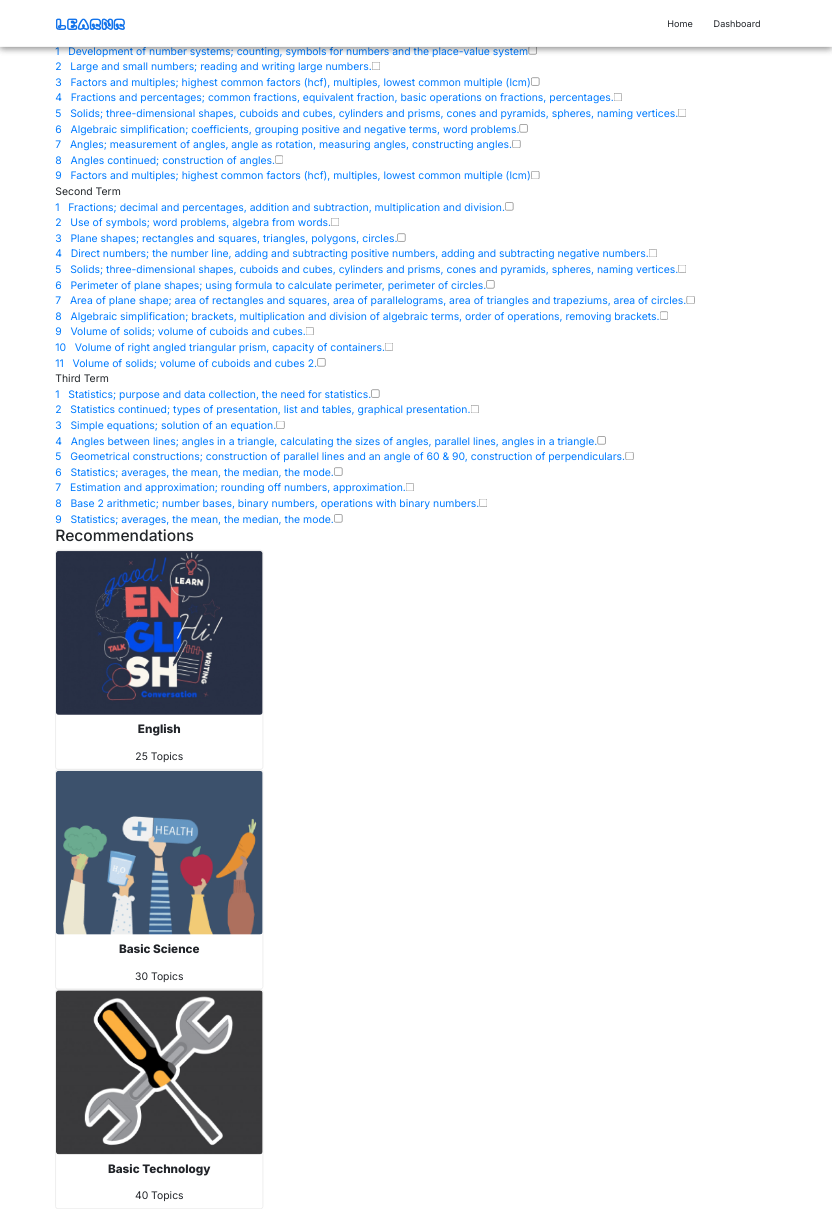
Repository: LearnrApp/Learnr-web-app-FE
Page: /topics/mathematics/js1
An editor plug-in stored every save of this project. The page is shown before and after the next save, followed by the edit.
The browser window is 1280 px wide. The pictures show the whole page, at 65% of full size.
The project was rebuilt for these pictures with package versions that can differ from the ones it lists, and the page was loaded fresh each time. Also part of the build but not shown: src/components/Footer.js, src/components/Header/Button.js, src/components/Header/Background.js, src/components/classSelect/WelcomeJs1.js, src/components/classSelect/WelcomeJs2.js, src/components/classSelect/WelcomeJs3.js, src/components/classSelect/WelcomeSs1.js, src/components/classSelect/WelcomeSs2.js and 41 more.

Above is the page before, as saved 2020-08-13 10:51:58.

### public/index.html
<!DOCTYPE html>
<html lang="en">
  <head>
    <meta charset="utf-8" />
    <link rel="icon" href="%PUBLIC_URL%/favicon.svg" />
    <meta name="viewport" content="width=device-width, initial-scale=1" />
    <!-- <meta name="theme-color" content="#000000" /> -->
    <!-- <meta
      name="description"
      content="Web site created using create-react-app"
    /> -->
    <!-- <link rel="apple-touch-icon" href="%PUBLIC_URL%/logo192.png" /> -->
    <link href="https://fonts.googleapis.com/css2?family=Inter:wght@400;500;600;700;800&display=swap" rel="stylesheet">
    <!--
      manifest.json provides metadata used when your web app is installed on a
      user's mobile device or desktop. See https://developers.google.com/web/fundamentals/web-app-manifest/
    -->
    <link rel="manifest" href="%PUBLIC_URL%/manifest.json" />
    <!--
      Notice the use of %PUBLIC_URL% in the tags above.
      It will be replaced with the URL of the `public` folder during the build.
      Only files inside the `public` folder can be referenced from the HTML.

      Unlike "/favicon.ico" or "favicon.ico", "%PUBLIC_URL%/favicon.ico" will
      work correctly both with client-side routing and a non-root public URL.
      Learn how to configure a non-root public URL by running `npm run build`.
    -->
    <!-- <title>React App</title> -->
  </head>
  <body>
    <noscript>You need to enable JavaScript to run this app.</noscript>
    <div id="root"></div>
    <!--
      This HTML file is a template.
      If you open it directly in the browser, you will see an empty page.

      You can add webfonts, meta tags, or analytics to this file.
      The build step will place the bundled scripts into the <body> tag.

      To begin the development, run `npm start` or `yarn start`.
      To create a production bundle, use `npm run build` or `yarn build`.
    -->
  </body>
</html>

### src/pages/topics/Js1Topics/MathematicsJs1.js
import React from 'react'
import NavBar from '../../../components/navbar/NavBar'
import NavBarUser from '../../../components/navbar/NavBarUser'
import Helmet from "react-helmet";
import {Link} from "react-router-dom";
// import '../../../styles/Topics.scss'
import SubjectCard from "../../../components/SubjectCard";
import English from "../../../images/english.png";
import BasicScience from "../../../images/basic-sci.png";
import BasicTech from "../../../images/basic-tech.png";


const MathematicsJs1 = () => {

  const documentTitle = 'Learnr | Mathematics for Js1'

  const subjectListJS1 = [
    <SubjectCard
      image={English}
      // goToSubject={toSubjectEng}
      subject={'English'}
      topicSize={'25 Topics'}
    />,
    <SubjectCard
      image={BasicScience}
      // goToSubject={toSubjectBasSci}
      subject={'Basic Science'}
      topicSize={'30 Topics'}
    />,
    <SubjectCard
      image={BasicTech}
      // goToSubject={toSubjectBasTech}
      subject={'Basic Technology'}
      topicSize={'40 Topics'}
    />,
  ]

  return (
    <React.Fragment>
      <Helmet>
        <title>{documentTitle}</title>
        <meta
          name="description"
          content="Topics relating to Mathematics for Js1 students"
        />
      </Helmet>
      <div>
        <NavBar />
        <NavBarUser />
      </div>
      <div className="container">
        <div className="topics-wrap">
          <h3 className="topic-subject">Mathematics - 29 Topics</h3>
          <div className="topics-list-wrap">
            <span className="topics-term">First Term</span>
            <div className="topics-list">
              <div className="topics-item">
                <Link className="topic-link" to="/articles/mathematics/js1">1 &nbsp; Development of number systems; counting, symbols for numbers and the place-value system</Link>
                <input type="checkbox" className=""/>
              </div>
              <div className="topics-item">
                <Link className="topic-link" to="">2 &nbsp; Large and small numbers; reading and writing large numbers.</Link>
                <input type="checkbox" className=""/>
              </div>
              <div className="topics-item">
                <Link onClick={e => e.preventDefault()} className="topic-link" to="/">3 &nbsp; Factors and multiples; highest common factors (hcf), multiples, lowest common multiple (lcm)</Link>
                <input type="checkbox" className=""/>
              </div>
              <div className="topics-item">
                <Link onClick={e => e.preventDefault()} className="topic-link" to="/">4 &nbsp; Fractions and percentages; common fractions, equivalent fraction, basic operations on fractions, percentages.</Link>
                <input type="checkbox" className=""/>
              </div>
              <div className="topics-item">
                <Link onClick={e => e.preventDefault()} className="topic-link" to="/">5 &nbsp; Solids; three-dimensional shapes, cuboids and cubes, cylinders and prisms, cones and pyramids, spheres, naming vertices.</Link>
                <input type="checkbox" className=""/>
              </div>
              <div className="topics-item">
                <Link onClick={e => e.preventDefault()} className="topic-link" to="/">6 &nbsp; Algebraic simplification; coefficients, grouping positive and negative terms, word problems.</Link>
                <input type="checkbox" className=""/>
              </div>
              <div className="topics-item">
                <Link onClick={e => e.preventDefault()} className="topic-link" to="/">7 &nbsp; Angles; measurement of angles, angle as rotation, measuring angles, constructing angles.</Link>
                <input type="checkbox" className=""/>
              </div>
              <div className="topics-item">
                <Link onClick={e => e.preventDefault()} className="topic-link" to="/">8 &nbsp; Angles continued; construction of angles.</Link>
                <input type="checkbox" className=""/>
              </div>
              <div className="topics-item">
                <Link onClick={e => e.preventDefault()} className="topic-link" to="/">9 &nbsp; Factors and multiples; highest common factors (hcf), multiples, lowest common multiple (lcm)</Link>
                <input type="checkbox" className=""/>
              </div>
            </div>
          </div>

          <div className="topics-list-wrap">
            <span className="topics-term">Second Term</span>
            <div className="topics-list">
              <div className="topics-item">
                <Link className="topic-link" to="">1 &nbsp; Fractions; decimal and percentages, addition and subtraction, multiplication and division.</Link>
                <input type="checkbox" className=""/>
              </div>
              <div className="topics-item">
                <Link className="topic-link" to="">2 &nbsp; Use of symbols; word problems, algebra from words.</Link>
                <input type="checkbox" className=""/>
              </div>
              <div className="topics-item">
                <Link onClick={e => e.preventDefault()} className="topic-link" to="/">3 &nbsp; Plane shapes; rectangles and squares, triangles, polygons, circles.</Link>
                <input type="checkbox" className=""/>
              </div>
              <div className="topics-item">
                <Link onClick={e => e.preventDefault()} className="topic-link" to="/">4 &nbsp; Direct numbers; the number line, adding and subtracting positive numbers, adding and subtracting negative numbers.</Link>
                <input type="checkbox" className=""/>
              </div>
              <div className="topics-item">
                <Link onClick={e => e.preventDefault()} className="topic-link" to="/">5 &nbsp; Solids; three-dimensional shapes, cuboids and cubes, cylinders and prisms, cones and pyramids, spheres, naming vertices.</Link>
                <input type="checkbox" className=""/>
              </div>
              <div className="topics-item">
                <Link onClick={e => e.preventDefault()} className="topic-link" to="/">6 &nbsp; Perimeter of plane shapes; using formula to calculate perimeter, perimeter of circles.</Link>
                <input type="checkbox" className=""/>
              </div>
              <div className="topics-item">
                <Link onClick={e => e.preventDefault()} className="topic-link" to="/">7 &nbsp; Area of plane shape; area of rectangles and squares, area of parallelograms, area of triangles and trapeziums, area of circles.</Link>
                <input type="checkbox" className=""/>
              </div>
              <div className="topics-item">
                <Link onClick={e => e.preventDefault()} className="topic-link" to="/">8 &nbsp; Algebraic simplification; brackets, multiplication and division of algebraic terms, order of operations, removing brackets.</Link>
                <input type="checkbox" className=""/>
              </div>
              <div className="topics-item">
                <Link onClick={e => e.preventDefault()} className="topic-link" to="/">9 &nbsp; Volume of solids; volume of cuboids and cubes.</Link>
                <input type="checkbox" className=""/>
              </div>
              <div className="topics-item">
                <Link onClick={e => e.preventDefault()} className="topic-link" to="/">10 &nbsp; Volume of right angled triangular prism, capacity of containers.</Link>
                <input type="checkbox" className=""/>
              </div>
              <div className="topics-item">
                <Link onClick={e => e.preventDefault()} className="topic-link" to="/">11 &nbsp; Volume of solids; volume of cuboids and cubes 2.</Link>
                <input type="checkbox" className=""/>
              </div>
            </div>
          </div>

          <div className="topics-list-wrap">
            <span className="topics-term">Third Term</span>
            <div className="topics-list">
              <div className="topics-item">
                <Link className="topic-link" to="">1 &nbsp; Statistics; purpose and data collection, the need for statistics.</Link>
                <input type="checkbox" className=""/>
              </div>
              <div className="topics-item">
                <Link className="topic-link" to="">2 &nbsp; Statistics continued; types of presentation, list and tables, graphical presentation.</Link>
                <input type="checkbox" className=""/>
              </div>
              <div className="topics-item">
                <Link onClick={e => e.preventDefault()} className="topic-link" to="/">3 &nbsp; Simple equations; solution of an equation.</Link>
                <input type="checkbox" className=""/>
              </div>
              <div className="topics-item">
                <Link onClick={e => e.preventDefault()} className="topic-link" to="/">4 &nbsp; Angles between lines; angles in a triangle, calculating the sizes of angles, parallel lines, angles in a triangle.</Link>
                <input type="checkbox" className=""/>
              </div>
              <div className="topics-item">
                <Link onClick={e => e.preventDefault()} className="topic-link" to="/">5 &nbsp; Geometrical constructions; construction of parallel lines and an angle of 60 & 90, construction of perpendiculars.</Link>
                <input type="checkbox" className=""/>
              </div>
              <div className="topics-item">
                <Link onClick={e => e.preventDefault()} className="topic-link" to="/">6 &nbsp; Statistics; averages, the mean, the median, the mode.</Link>
                <input type="checkbox" className=""/>
              </div>
              <div className="topics-item">
                <Link onClick={e => e.preventDefault()} className="topic-link" to="/">7 &nbsp; Estimation and approximation; rounding off numbers, approximation.</Link>
                <input type="checkbox" className=""/>
              </div>
              <div className="topics-item">
                <Link onClick={e => e.preventDefault()} className="topic-link" to="/">8 &nbsp; Base 2 arithmetic; number bases, binary numbers, operations with binary numbers.</Link>
                <input type="checkbox" className=""/>
              </div>
              <div className="topics-item">
                <Link onClick={e => e.preventDefault()} className="topic-link" to="/">9 &nbsp; Statistics; averages, the mean, the median, the mode.</Link>
                <input type="checkbox" className=""/>
              </div>
            </div>
          </div>
        </div>

        <React.Fragment>
          <h4 className="topic-subject">Recommendations</h4>
          <div className="recommended-wrap">
            {subjectListJS1.map((subject, index) => (
              <div className="subject-card d-flex flex-column align-items-center" key={index}>{subject}</div>
            ))}
          </div>
        </React.Fragment>
      </div>
    </React.Fragment>
  )
}

export default MathematicsJs1

### src/styles/Sign.css
* {
  font-family: 'Inter', sans-serif;
}
@import url('https://fonts.googleapis.com/css2?family=Inter:wght@400;500;600;700;800&display=swap');

.demo-category {
  font-weight: 700 !important;
  color: #212429;
  font-size: 24px;
}
.sign-bg {
  background-image: url(../images/sign-bg.png);
  background-repeat: no-repeat;
  background-size: cover;
  padding-top: 70px;
  padding-bottom: 30px;
  height: max-content;
}
.sign-bg-2 {
  background-image: url(../images/sign-bg.png);
  background-repeat: no-repeat;
  background-size: cover;
  padding-top: 70px;
  height: max-content;
}
.admin-bg {
  background-image: linear-gradient(rgba(0, 0, 0, 0.5), rgba(0, 0, 0, 0.5)), url(../images/admin-bg.jpg);
  background-repeat: no-repeat;
  background-size: cover;
  margin-top: 70px;
  height: 100vh;
}
.signup-form--wrap {
  width: 40vw;
  max-width: 576px;
}
.signup-form {
  padding: 42px;
  animation-name: slide-down;
  animation-duration: 1.5s;
  transition-timing-function: ease-out;
}
@keyframes slide-down {
  from{transform: translateY(-1200px);}
  to{transform: translateY(0);}
}
.hLine {
  display: inline-block;
  height: 2px;
  width: 11vw;
  max-width: 180px;
  background-color: #E5E5E5;
}
.track-text {
  font-size: 18px;
  font-weight: 800 !important;
  text-align: center;
}
.togglePassword {
  position: relative;
  left: 92%;
  top: -33px;
  cursor: pointer;
}
.general-btn-2 {
  box-sizing: border-box !important;
  background-color: #2342C0 !important;
  color: #fff;
  border-radius: 4px !important;
  width: 100%;
  border: none !important;
}
.general-btn-2:hover {
  color: #2342C0 !important;
  background-color: #fff !important;
  border: 1px solid #2342C0 !important;
  font-weight: 500 !important;
}
::placeholder {
  color: #000 !important;
  opacity: 0.5 !important;
}
@media (max-width: 991px) {
  .signup-form--wrap {
    width: 50vw;
  }
  .hLine {
    width: 14vw;
  }
}
@media (max-width: 768px) {
  .signup-form--wrap {
    width: 65vw;
  }
  .hLine {
    width: 18vw;
  }
}
@media (max-width: 576px) {
  .signup-form--wrap {
    width: 80vw;
  }
  .hLine {
    width: 23vw;
  }
}
@media (max-width: 480px) {
  .signup-form--wrap {
    width: 90vw;
  }
  .signup-form {
    padding: 20px !important;
  }
  .hLine {
    width: 28vw;
  }
}

### src/styles/UserDashboard.css
* {
  font-family: 'Inter', sans-serif;
}
@import url('https://fonts.googleapis.com/css2?family=Inter:wght@400;500;600;700;800&display=swap');

.dash-wrap {
  margin-top: 70px;
  /* background-color: #F6F6F6; */
  background-image: linear-gradient(#F6F6F6, #F6F6F6);
  background-size: cover;
  height: max-content;
}
.sidebar--wrap {
  background-color: #363740;
  background-size: cover;
  position: fixed;
  height: 100vh;
  width: 18vw ;
}
.sidebar--item {
  cursor: pointer
}
.sidebar--item--active {
  cursor: pointer;
  background-color: #F6F6F6;
}
.sidebar--item:hover {
  background-color: #F6F6F6;
}
.sidebar--greet {
  border-bottom: 1px solid #fff;
}
.main--wrap {
  margin-left: 18vw;
}
.info-wrap {
  border-bottom: 1px solid #E5E5E5;
}
.logout-link {
  display: none;
}
.my-courses-wrap {
  display: grid !important;
  grid-template-columns: 1fr 1fr;
  grid-gap: 10px;
}
.bottom-navigate {
  display: none;

}
.bottom-nav {
  padding: 8px 12px;
}
.bottom-text {
  font-size: 0.9rem;
  color: #A4A6B3;
}
.bottom-icon{
  margin-right: 16px;
}
.all-courses {
  display: flex;
  justify-content: space-between;
}
.addchild-btn {
  background-color: #2342C0;
  color: #fff;
  border-radius: 20px;
  padding: 8px 32px;
  text-decoration: none !important;

}
.addchild-btn:hover {
  color: #2342C0;
  animation-name: fade-bgbtn;
  animation-duration: 0.5s;
  animation-fill-mode: forwards;
  border: 1px solid #2342C0;
}
.admin-message-bubble {
  background-color: #2342C0;
  width: fit-content;
  padding: 15px 20px;
  margin: 20px 0;
  border-radius: 10px 10px 10px 0;
  margin-right: auto;
}
.user-message-bubble {
  background-color: #403D58;
  width: fit-content;
  padding: 15px 20px;
  margin: 20px 0;
  border-radius: 10px 10px 0px 10px;
  margin-left: auto;
}
.messaging-area {
  margin-left: 18vw !important;
}
.message-input {
  border: none;
  border-radius: 4px;
}
input.message-input:focus {
  box-shadow: transparent !important;
  border: transparent !important;
}
.profile-items {
  padding: 10px 24px;
  font-size: 15px;
}
.upload-photo {
  color: #2342C0 !important;
  border: 1px solid #2342C0;
  cursor: pointer;
  margin-top: 7px;
  border-radius: 20px;
  padding-right: 10px !important;
  padding-left: 10px !important;
}
.child-select {
  color: #fff !important;
  background-color: #2342C0;
  cursor: pointer;
  margin-top: 7px;
  border-radius: 20px;
  padding-right: 20px !important;
  padding-left: 20px !important;
}
.child-select-disabled {
  color: #212429 !important;
  background-color: #D3D4D8;
  cursor: pointer;
  margin-top: 7px;
  border-radius: 20px;
  padding-right: 20px !important;
  padding-left: 20px !important;
}
.upload-photo--modal {
  width: 50vw;
  background-color: #fff !important;
  padding: 20px 0;
  border: none !important;
  margin: 20vw auto;
}
.inputfile-4 + label {
  color: #363740;
}

.inputfile-4 + label figure {
  width: 100px;
  height: 100px;
  border-radius: 50%;
  display: block;
  padding: 20px;
  margin: 0 auto 10px;
}
.inputfile-4 + label svg {
  width: 100%;
  height: 100%;
  fill: #fff;
}
.upload-input {
  color: #2342C0;
  background-color: #fff;
  border: 1px solid #2342C0;
  border-radius: 20px !important;
  padding: 7px;
  margin: 10px auto;
}
.upload-btn {
  background-color: #2342C0;
  color: #fff;
  border: none;
  border-radius: 20px !important;
  padding: 8px 15px;
  text-decoration: none !important;
  margin: 10px auto;
}
.sub-wrap {
  display: grid;
  grid-template-columns: repeat(auto-fit, minmax(220px, 1fr));
  grid-gap: 20px;
  margin: 20px;
}
@media (max-width: 991px) {
  .all-courses {
    padding-bottom: 70px;
    display: grid ;
    grid-template-columns: 1fr 1fr 1fr;
    grid-gap: 20px;
    justify-items: center;
  }
  .sidebar--wrap {
    width: 24vw;
  }
  .main--wrap {
    margin-left: 24vw;
  }
  .messaging-area {
    margin-left: 24vw !important;
  }
}
@media (max-width: 768px) {
  .sidebar--wrap {
    display: none;
  }
  .main--wrap {
    margin: 0;
  }
  .info-wrap {
    display: flex;
    align-items: center;
    justify-content: space-between;
  }
  .logout-link {
    display: block;
  }
  .my-courses-wrap {
    grid-template-columns: 80vw;
  }
  .bottom-navigate {
    display: block !important;
    filter: drop-shadow(0px -4px 4px rgba(0, 0, 0, 0.25));
  }
  .bottom-icon{
    margin: 0 !important;
  }
  .bottom-nav {
    display: flex;
    flex-direction: column;
    align-items: center;
    padding: 5px 0 !important;
  }
  .bottom-text {
    color: #363740 !important;
  }
  .all-courses {
    padding-bottom: 70px;
    display: grid ;
    grid-template-columns: 1fr 1fr;
    grid-gap: 10px;
    justify-items: center;
  }
  .messaging-area {
    margin: 0 0 55px 0 !important;

  }
}
@media (max-width: 576px) {
  .my-courses-wrap {
    grid-template-columns: 90vw;
  }
  .profile-items--title {
    font-size: 0.9rem;
  }
  .profile-items {
    padding: 12px 0;
    font-size: 14px;
  }
  .profile-items--wrap {
    margin: 0 16px !important;
  }
  .sub-details h5 {
    font-size: 1rem !important;
  }
}
@media (max-width: 425px) {
  .main--wrap {
    height: max-content !important;
    padding-bottom: 70px;
  }
  .all-courses {
    grid-template-columns: 1fr;
  }
}

### src/styles/Topics.scss
@import url('https://fonts.googleapis.com/css2?family=Inter:wght@400;500;600;700;800&display=swap');

.topics-wrap {
  padding-top: 70px;
  .topic-subject {
    color: #212429;
    font-size: 24px;
    font-weight: 600;
    padding: 20px 0;
  }
  .topics-list-wrap {
    margin-bottom: 40px;
    .topics-term {
      display: block;
      padding: 15px 0;
      font-weight: 600;
    }
    .topics-list {
      .topics-item {
        display: flex;
        justify-content: space-between;
        align-items: center;
        padding: 10px 0;
        border-top: 1px solid #F0F1F3;
        border-bottom: 1px solid #F0F1F3;
        .topic-link {
          color: #212429;
          margin-right: 20px;
          @media (max-width: 480px) {
            font-size: 14px;
          }
        }
      }
    }
  }
}
h4.topic-subject {
  font-size: 20px;
  margin-bottom: 20px;
}
.recommended-wrap {
  display: grid;
  grid-template-columns: repeat(auto-fit, minmax(280px, 1fr));
  grid-gap: 30px;
  place-items: center;
}

Loaded but not shown: src/styles/bootstrap.css (library); src/serviceWorker.js (common file); src/App.js (42 lines, source omitted); src/components/navbar/NavBar.js (37 lines, source omitted); src/components/navbar/NavBarUser.js (36 lines, source omitted); src/index.js (17 lines, source omitted); src/components/SubjectCard.js (14 lines, source omitted); src/styles/Style.css (383 lines, source omitted)

After the next save:
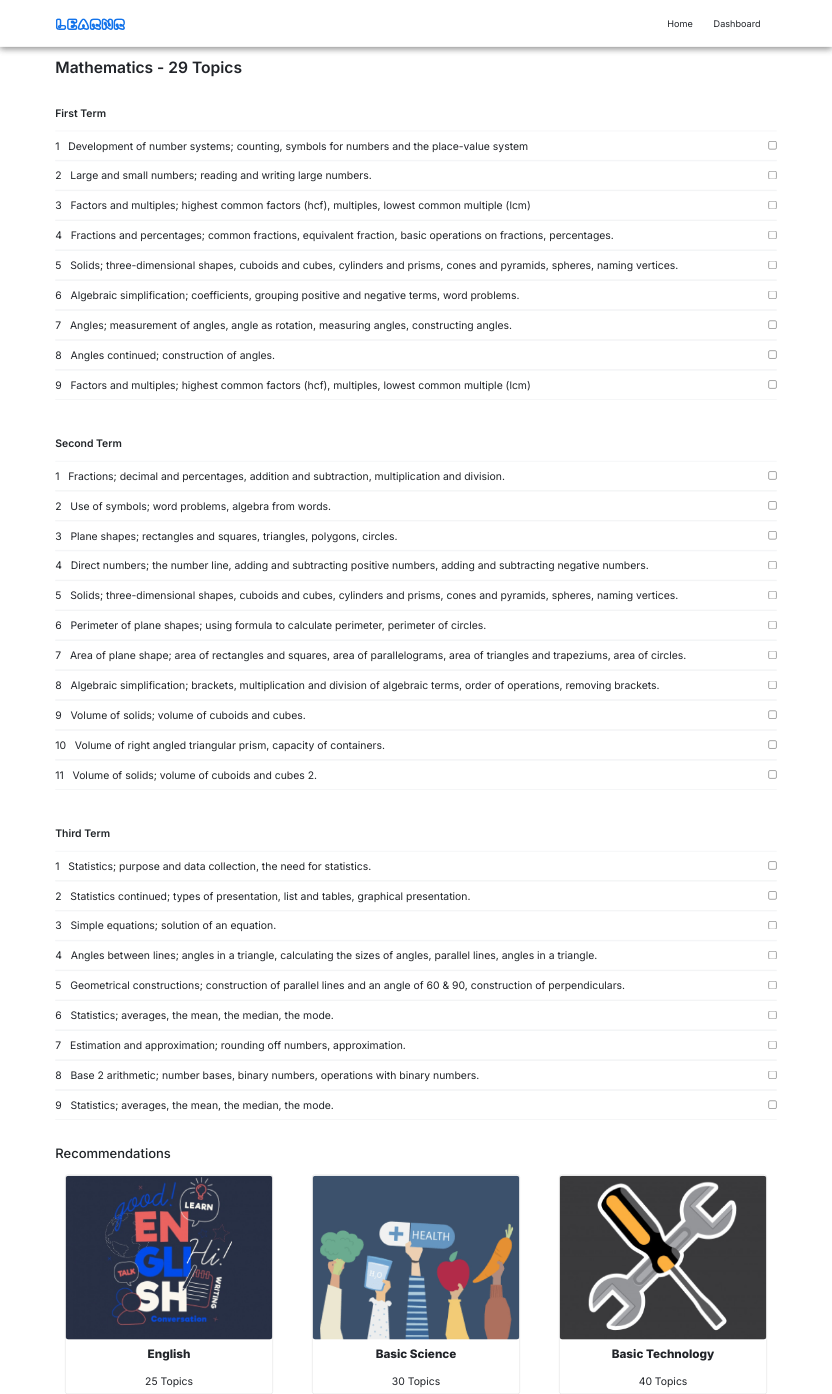
Saved 2 min 10 s later.
--- a/src/pages/topics/Js1Topics/MathematicsJs1.js
+++ b/src/pages/topics/Js1Topics/MathematicsJs1.js
@@ -3,7 +3,7 @@ import NavBar from '../../../components/navbar/NavBar'
 import NavBarUser from '../../../components/navbar/NavBarUser'
 import Helmet from "react-helmet";
 import {Link} from "react-router-dom";
-// import '../../../styles/Topics.scss'
+import '../../../styles/Topics.scss'
 import SubjectCard from "../../../components/SubjectCard";
 import English from "../../../images/english.png";
 import BasicScience from "../../../images/basic-sci.png";
